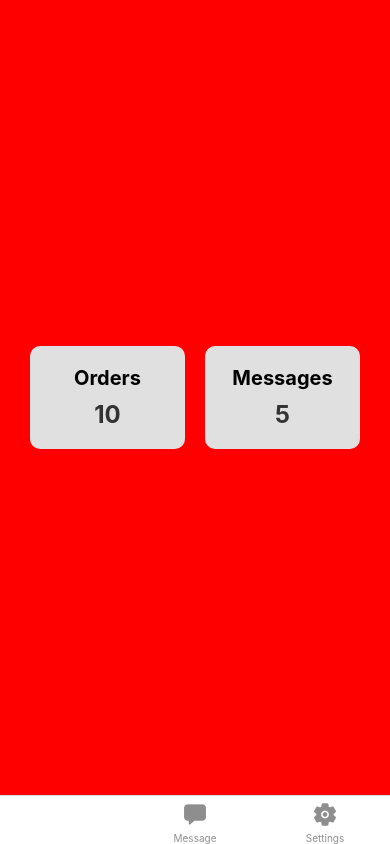
Repository: Waikato153/AwesomeProject
Screen: /
The author's editor kept a copy of each file at every save. The screen is drawn from the files as they stood at one save, then again after the next save.
The app was drawn by React Native's web renderer in a window 390 px wide. The project was rebuilt for these pictures with package versions that can differ from the ones it lists, and the page was loaded fresh each time.

Above is the screen before, as saved 2024-02-28 16:17:17.

### App.js
import * as React from 'react';
import { Text, View, StyleSheet} from 'react-native';
import { NavigationContainer } from '@react-navigation/native';
import { createBottomTabNavigator } from '@react-navigation/bottom-tabs';
import { Ionicons } from '@expo/vector-icons';

import HomeScreen from './screens/HomeScreen';

function SettingsScreen() {
  return (
    <View style={{ flex: 1, justifyContent: 'center', alignItems: 'center' }}>
      <Text>Settings!</Text>
    </View>
  );
}


const styles = StyleSheet.create({
  container: {
    flex: 1,
    justifyContent: 'center',
    backgroundColor: 'white',
    alignItems: 'center',
    padding: 8,
  },
  paragraph: {
    margin: 24,
    fontSize: 18,
    fontWeight: 'bold',
    textAlign: 'center',
  },
});

const Tab = createBottomTabNavigator();

function MyTabs() {
  return (

    <Tab.Navigator
    screenOptions={{
      tabBarActiveTintColor: "white",
      headerShown: false,
    }}
    >
      <Tab.Screen
        name="Home"
        component={HomeScreen}
        options={{
          tabBarIcon: ({ color, size }) => (
            <Ionicons name="home" color={color} size={size} />
          ),
        }}
      />
      <Tab.Screen
        name="Message"
        component={SettingsScreen}
        options={{
          tabBarIcon: ({ color, size }) => (
            <Ionicons name="chatbox" color={color} size={size} />
          ),
        }}
      />
      <Tab.Screen
        name="Settings"
        component={SettingsScreen}
        options={{
          tabBarIcon: ({ color, size }) => (
            <Ionicons name="settings" color={color} size={size} />
          ),
        }}
      />
    </Tab.Navigator>


  );
}

export default function App() {
  return (
    <NavigationContainer>
      <MyTabs />
    </NavigationContainer>
  );
}

### screens/HomeScreen.js
import React from 'react';
import { View, Text, StyleSheet } from 'react-native';

const HomeScreen = () => {
  return (
    <View style={styles.container}>
      <View style={styles.block}>
        <Text style={styles.title}>Orders</Text>
        <Text style={styles.count}>10</Text>
      </View>
      <View style={styles.block}>
        <Text style={styles.title}>Messages</Text>
        <Text style={styles.count}>5</Text>
      </View>
    </View>
  );
};



const styles = StyleSheet.create({
  container: {
    flex: 1,
    flexDirection: 'row',
    justifyContent: 'space-around',
    alignItems: 'center',
    backgroundColor: 'red',
    padding: 20,
  },
  block: {
    flex: 1,
    justifyContent: 'center',
    alignItems: 'center',
    backgroundColor: '#e0e0e0',
    borderRadius: 10,
    padding: 20,
    margin: 10,
  },
  title: {
    fontSize: 20,
    fontWeight: 'bold',
    marginBottom: 10,
  },
  count: {
    fontSize: 24,
    fontWeight: 'bold',
    color: '#333333',
  },
});



export default HomeScreen;

After the next save:
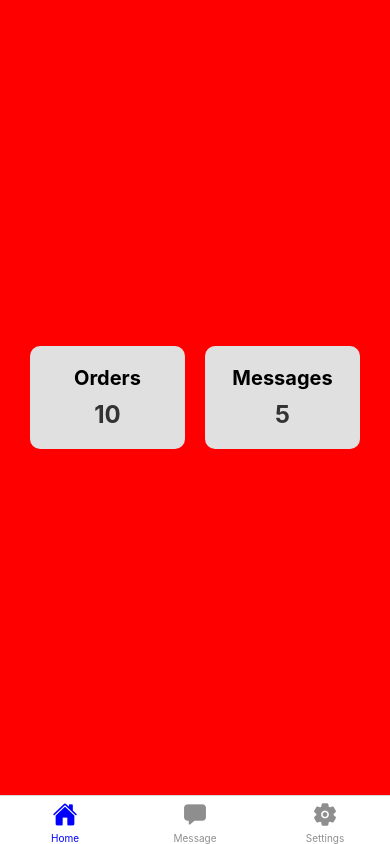
Saved 6 s later.
--- a/App.js
+++ b/App.js
@@ -38,7 +38,7 @@ function MyTabs() {
 
     <Tab.Navigator
     screenOptions={{
-      tabBarActiveTintColor: "white",
+      tabBarActiveTintColor: "blue",
       headerShown: false,
     }}
     >
